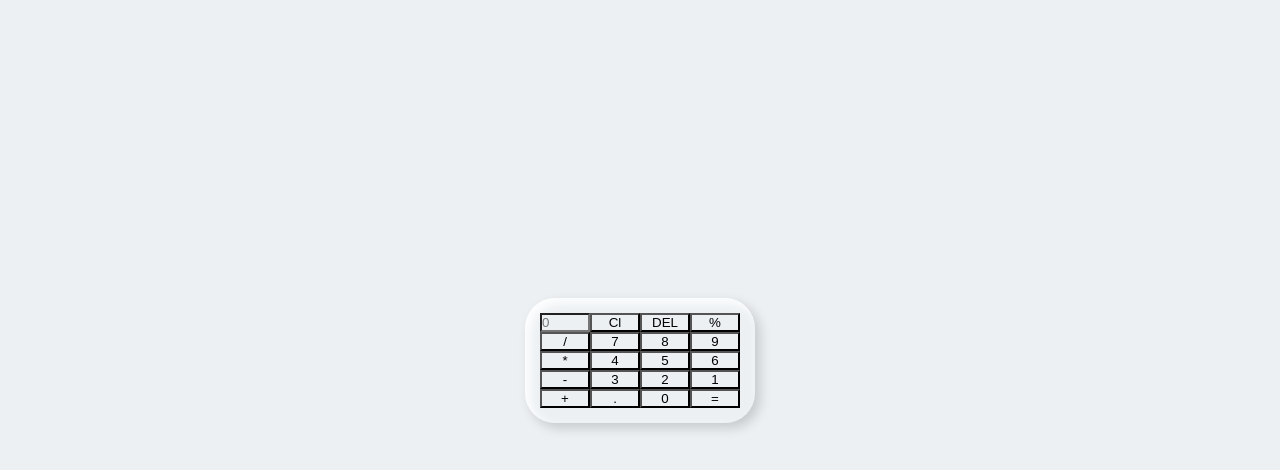
Repository: Mayur2905/OIBSIP
Page: Task-3/index.html
These files come from the project's save history. The page is drawn as it stood at one moment and after the next save; the edit follows.
The browser window is 1280 px wide. The pictures show the whole page.

Above is the page before, as saved 2022-02-02 13:45:28.

After the next save:
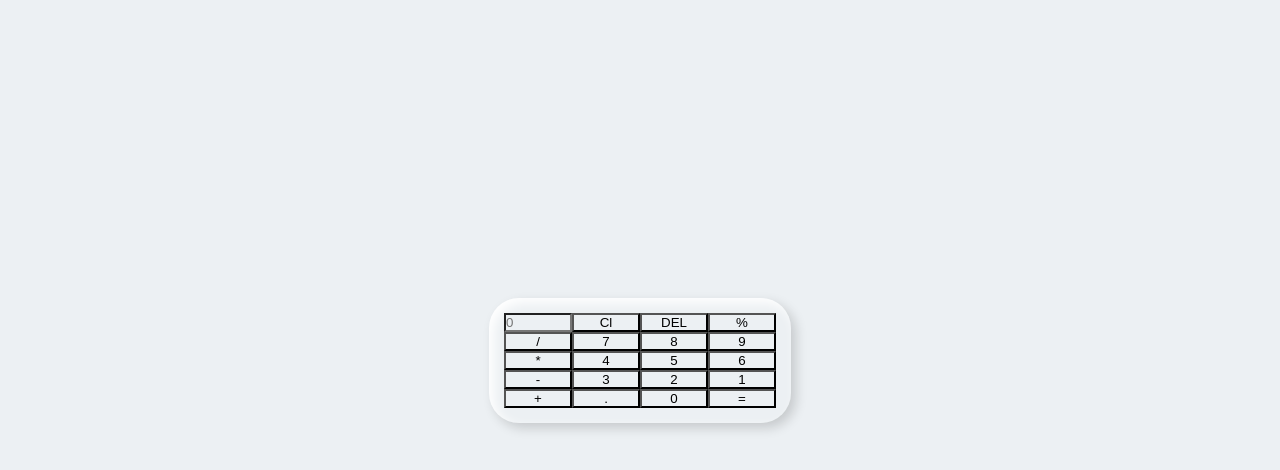
Saved 25 s later.
--- a/Task-3/style.css
+++ b/Task-3/style.css
@@ -18,5 +18,5 @@
   border-radius: 30px;
   box-shadow: inset 5px 5px 12px #ffffff, 5px 5px 12px rgba(0, 0, 0, 0.16);
   display: grid;
-  grid-template-columns: repeat(4, 50px);
+  grid-template-columns: repeat(4, 68px);
 }
